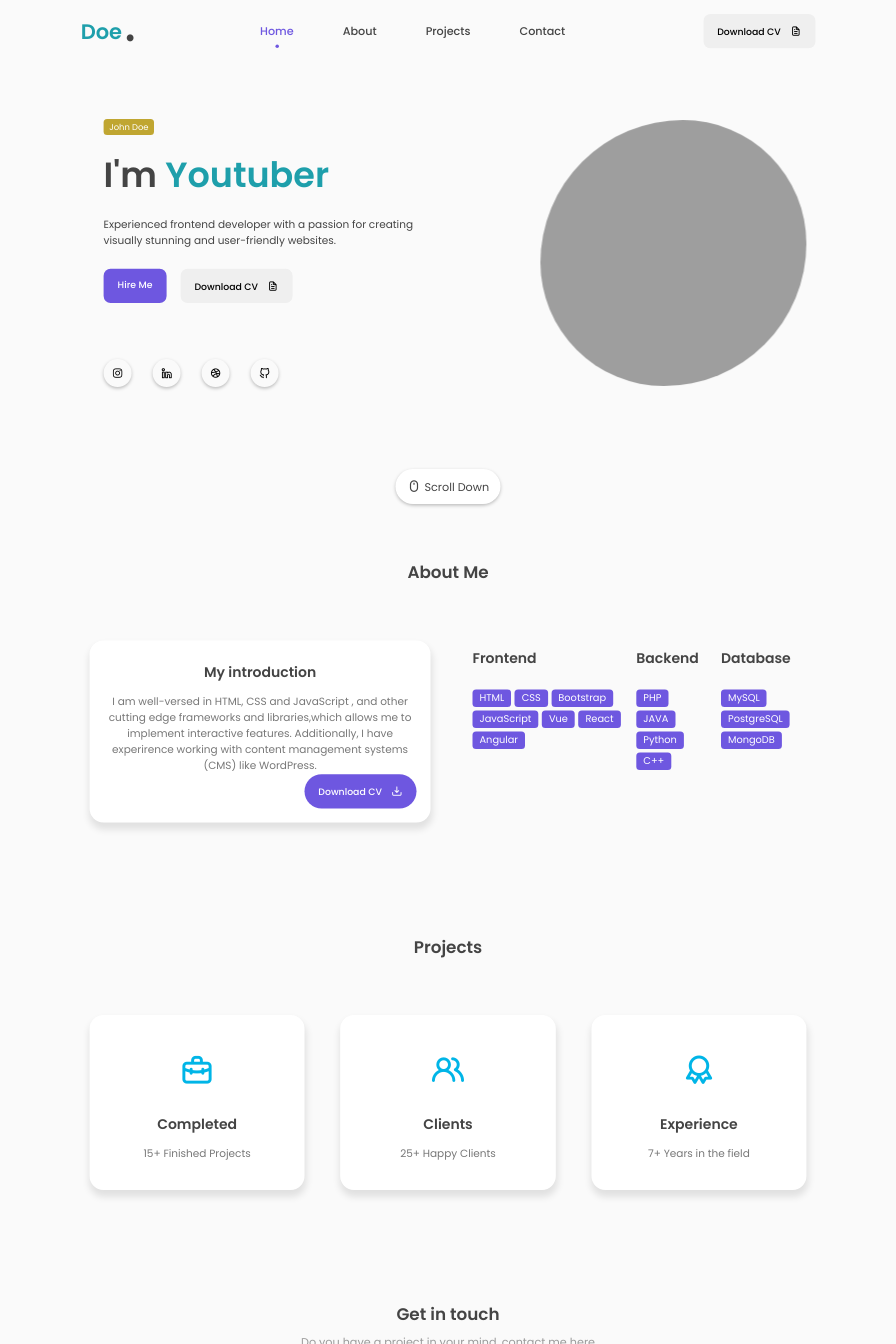
Repository: 4Kbrain/Portofolio
Page: index.html
The author's editor kept a copy of each file at every save. The page is drawn from the files as they stood at one save, then again after the next save.
The browser window is 1280 px wide. The pictures show the part of the page from y = 0 to 1920 px (the page is 2797 px tall), at 70% of full size.
Pictures or frames that could not be fetched are drawn as grey boxes.

Above is the page before, as saved 2024-05-15 08:20:43.

After the next save:
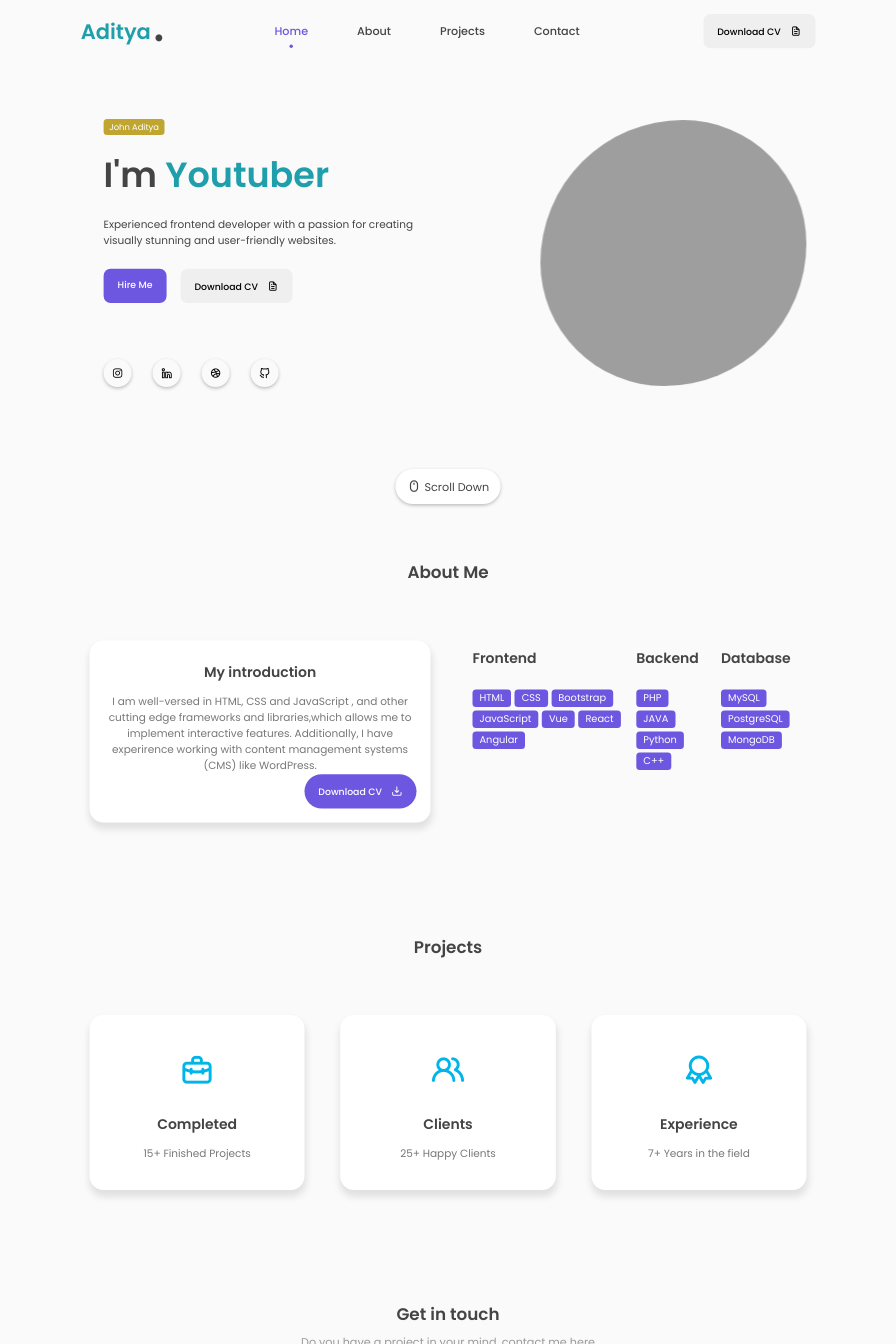
Saved 89 s later.
--- a/index.html
+++ b/index.html
@@ -20,7 +20,7 @@
     <!-- --------------- HEADER --------------- -->
       <nav id="header">
         <div class="nav-logo">
-            <p class="nav-name">Doe</p>
+            <p class="nav-name">Aditya</p>
             <span>.</span>
         </div>
         <div class="nav-menu" id="myNavMenu">
@@ -58,7 +58,7 @@
        <section class="featured-box" id="home">
           <div class="featured-text">
             <div class="featured-text-card">
-                <span>John Doe</span>
+                <span>John Aditya</span>
             </div>
             <div class="featured-name">
                 <p>I'm <span class="typedText"></span></p>
@@ -187,7 +187,7 @@
              <div class="col">
                 <div class="contact-info">
                     <h2>Find Me <i class="uil uil-corner-right-down"></i></h2>
-                    <p><i class="uil uil-envelope"></i> Email: john@doe.com</p>
+                    <p><i class="uil uil-envelope"></i> Email: john@Aditya.com</p>
                     <p><i class="uil uil-phone"></i> Tel: +250 708 770 000</p>
                 </div>
              </div>
@@ -214,7 +214,7 @@
     <!-- --------------- FOOTER --------------- -->
     <footer>
         <div class="top-footer">
-            <p>John Doe .</p>
+            <p>John Aditya .</p>
         </div>
         <div class="middle-footer">
             <ul class="footer-menu">
@@ -239,7 +239,7 @@
             <div class="icon"><i class="uil uil-github-alt"></i></div>
         </div>
         <div class="bottom-footer">
-            <p>Copyright &copy; <a href="#home" style="text-decoration: none;">John Doe</a> - All rights reserved</p>
+            <p>Copyright &copy; <a href="#home" style="text-decoration: none;">John Aditya</a> - All rights reserved</p>
         </div>
     </footer>
 
